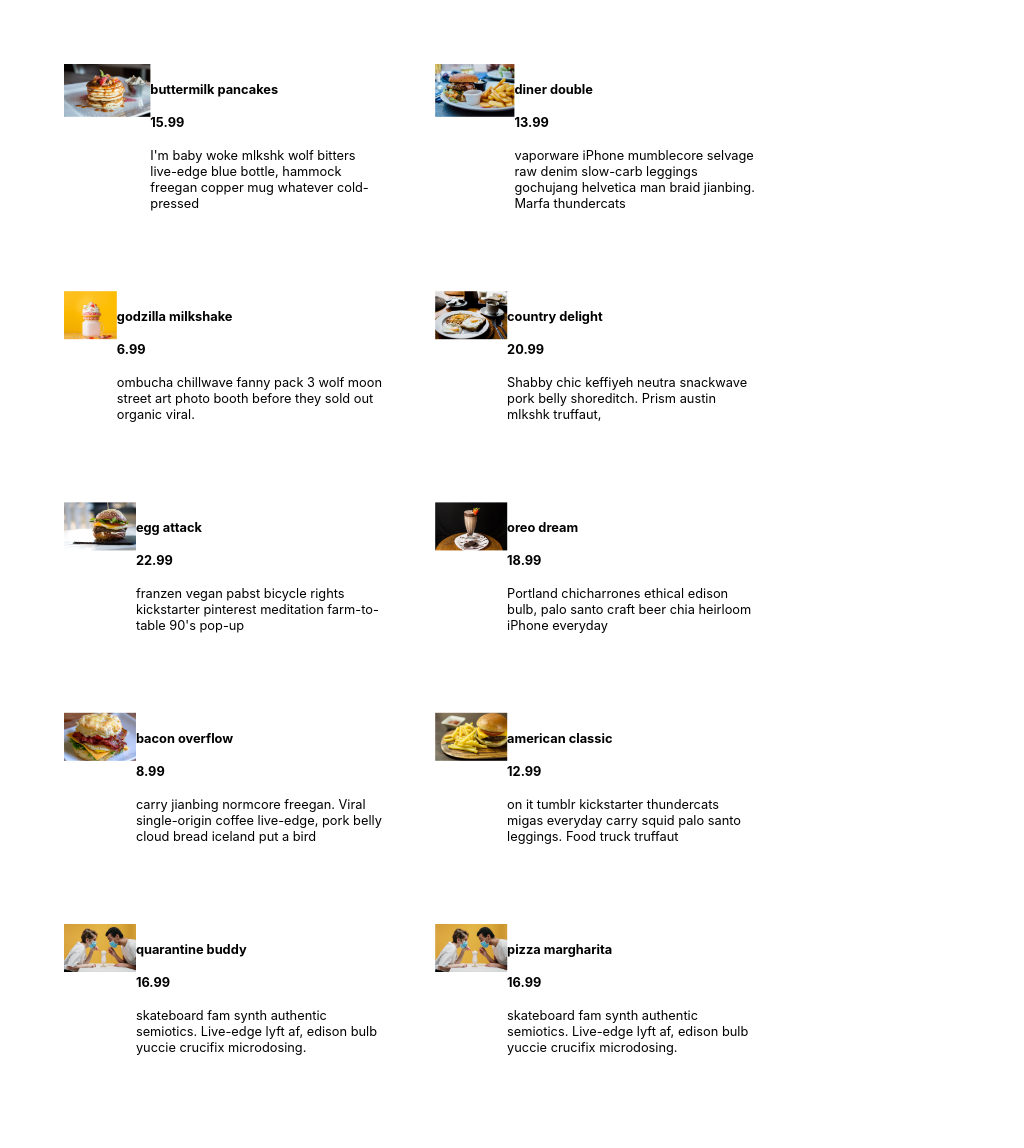
Repository: gligor99/menu-ts-react
Page: /
These files come from the project's save history. The page is drawn as it stood at one moment and after the next save; the edit follows.
The browser window is 1280 px wide. The pictures show the whole page, at 80% of full size.
The project was rebuilt for these pictures with package versions that can differ from the ones it lists, and the page was loaded fresh each time.

Above is the page before, as saved 2021-11-24 23:00:54.

### src/App.tsx
import { useState } from "react";
import Menu from "./components/Menu";
import items from "./data";

export type ItemsProps = {
  id: number;
  title: string;
  category: string;
  price: number;
  img: string;
  desc: string;
};

function App() {
  const [menuItems, setMenuItems] = useState<ItemsProps[]>(items);

  return (
    <div className="App">
      <Menu items={menuItems} />
    </div>
  );
}

export default App;

### src/components/Menu.tsx
import { ItemsProps } from "../App";
import '../index.css'

type Props = {
  items: ItemsProps[];
};

const Menu: React.FC<Props> = ({ items }) => {
  console.log(items);

  return (
    <div className="section-center">
      {items.map((item) => {
        return (
          <article className="menu-item" key={item.id}>
            <img src={item.img} alt={item.title} />
            <div className="item-info">
                <header>
                    <h4 className="title">{item.title}</h4>
                    <h4 className="price">{item.price}</h4>
                </header>
                <p className="item-text">{item.desc}</p>
            </div>
          </article>
        );
      })}
    </div>
  );
};

export default Menu;

### src/data.ts
const menu = [
    {
      id: 1,
      title: 'buttermilk pancakes',
      category: 'breakfast',
      price: 15.99,
      img: './images/item-1.jpeg',
      desc: `I'm baby woke mlkshk wolf bitters live-edge blue bottle, hammock freegan copper mug whatever cold-pressed `,
    },
    {
      id: 2,
      title: 'diner double',
      category: 'lunch',
      price: 13.99,
      img: './images/item-2.jpeg',
      desc: `vaporware iPhone mumblecore selvage raw denim slow-carb leggings gochujang helvetica man braid jianbing. Marfa thundercats `,
    },
    {
      id: 3,
      title: 'godzilla milkshake',
      category: 'shakes',
      price: 6.99,
      img: './images/item-3.jpeg',
      desc: `ombucha chillwave fanny pack 3 wolf moon street art photo booth before they sold out organic viral.`,
    },
    {
      id: 4,
      title: 'country delight',
      category: 'breakfast',
      price: 20.99,
      img: './images/item-4.jpeg',
      desc: `Shabby chic keffiyeh neutra snackwave pork belly shoreditch. Prism austin mlkshk truffaut, `,
    },
    {
      id: 5,
      title: 'egg attack',
      category: 'lunch',
      price: 22.99,
      img: './images/item-5.jpeg',
      desc: `franzen vegan pabst bicycle rights kickstarter pinterest meditation farm-to-table 90's pop-up `,
    },
    {
      id: 6,
      title: 'oreo dream',
      category: 'shakes',
      price: 18.99,
      img: './images/item-6.jpeg',
      desc: `Portland chicharrones ethical edison bulb, palo santo craft beer chia heirloom iPhone everyday`,
    },
    {
      id: 7,
      title: 'bacon overflow',
      category: 'breakfast',
      price: 8.99,
      img: './images/item-7.jpeg',
      desc: `carry jianbing normcore freegan. Viral single-origin coffee live-edge, pork belly cloud bread iceland put a bird `,
    },
    {
      id: 8,
      title: 'american classic',
      category: 'lunch',
      price: 12.99,
      img: './images/item-8.jpeg',
      desc: `on it tumblr kickstarter thundercats migas everyday carry squid palo santo leggings. Food truck truffaut  `,
    },
    {
      id: 9,
      title: 'quarantine buddy',
      category: 'shakes',
      price: 16.99,
      img: './images/item-9.jpeg',
      desc: `skateboard fam synth authentic semiotics. Live-edge lyft af, edison bulb yuccie crucifix microdosing.`,
    },
    {
      id: 10,
      title: 'pizza margharita',
      category: 'dinner',
      price: 16.99,
      img: './images/item-9.jpeg',
      desc: `skateboard fam synth authentic semiotics. Live-edge lyft af, edison bulb yuccie crucifix microdosing.`,
    },


  ];
  export default menu;

### src/index.css
body {
  margin: 0;
  font-family: -apple-system, BlinkMacSystemFont, 'Segoe UI', 'Roboto', 'Oxygen',
    'Ubuntu', 'Cantarell', 'Fira Sans', 'Droid Sans', 'Helvetica Neue',
    sans-serif;
  -webkit-font-smoothing: antialiased;
  -moz-osx-font-smoothing: grayscale;
}

code {
  font-family: source-code-pro, Menlo, Monaco, Consolas, 'Courier New',
    monospace;
}

.section-center {
  display: flex;
  flex-wrap: wrap;
  flex-direction: row;
  justify-content: flex-start;
  padding: 2em;
  margin: 1em;
}

.menu-item{
  padding: 2em;
  display: flex;
  width: 400px;
}


img{
  height: 30%;
  width: 150px;
}

Loaded but not shown: public/index.html (common file); src/index.tsx (common file)

After the next save:
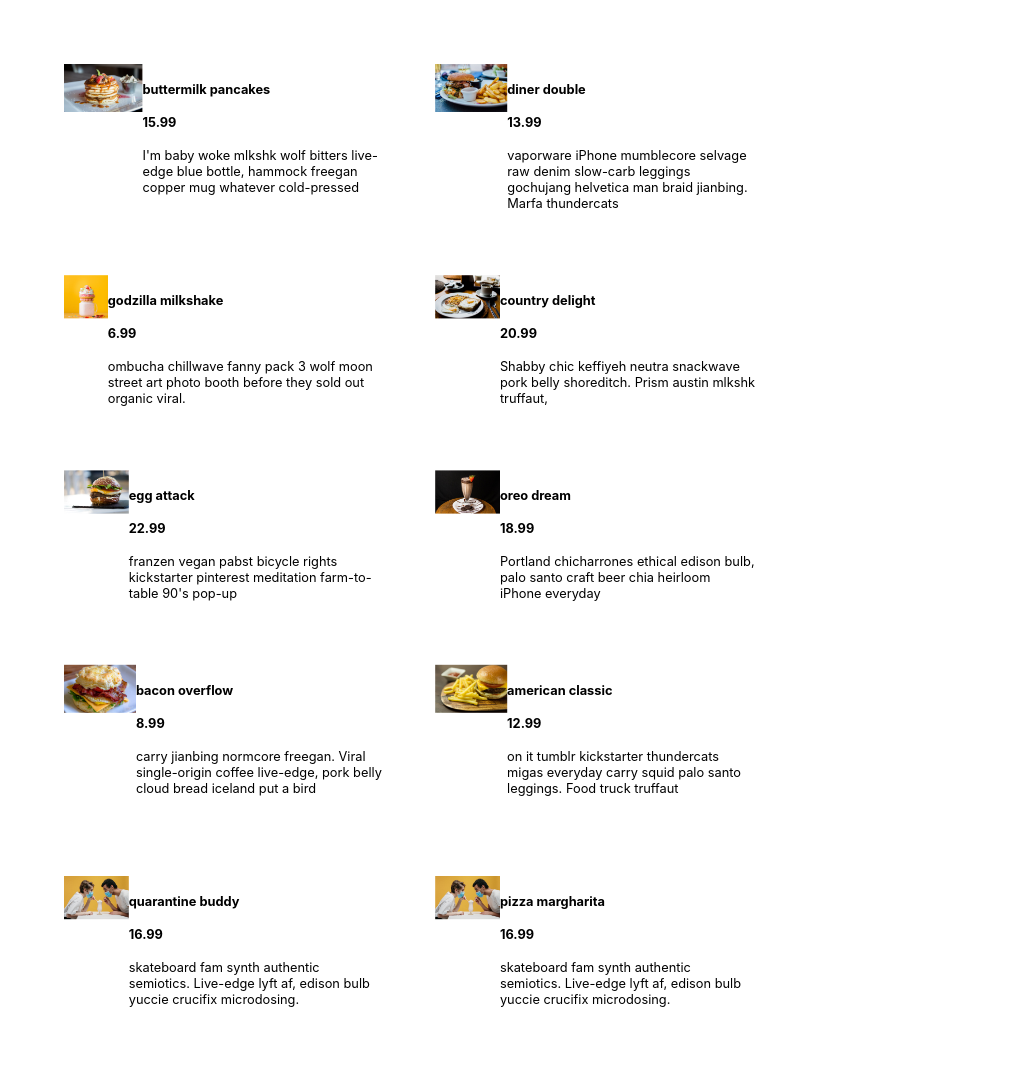
Saved 6 s later.
--- a/src/index.css
+++ b/src/index.css
@@ -30,5 +30,5 @@ code {
 
 img{
   height: 30%;
-  width: 150px;
+  width: 30%;
 }
